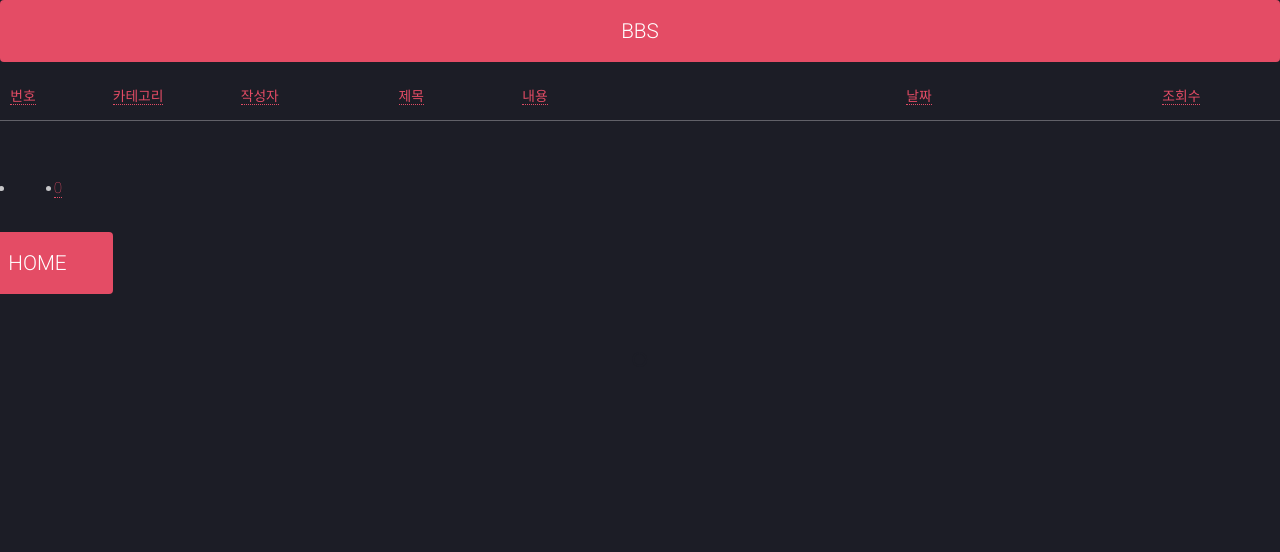
Repository: worMholEamkim/SpringEX
Page: http://localhost/bbs/bbs.do?page=0
An editor plug-in stored every save of this project. The page is shown before and after the next save, followed by the edit.
The browser window is 1280 px wide. The pictures show the whole page.
The page is served by Tomcat 9. Other server files are loaded and not shown. Queries for data that is not in the repository find no rows.

Above is the page before, as saved 2019-03-15 04:12:26.

### JSP_WepPage_Server-master.zip_expanded/JSP_WepPage_Server-master/bbs/WebContent/WEB-INF/bbs.jsp
<%@ page language="java" contentType="text/html; charset=UTF-8"
    pageEncoding="UTF-8"%>
<%@ taglib prefix="c" uri="http://java.sun.com/jsp/jstl/core"%>
<!DOCTYPE HTML>
<html>
	<head>
		<title>BBS</title>
		<meta charset="utf-8" />
		<meta name="viewport" content="width=device-width, initial-scale=1, user-scalable=no" />
		<link rel="stylesheet" href="assets/css/main.css" />
	</head>
		<body class="is-preload landing">
						<!-- Table -->
							<section>
							<div align="center">
								<h3 align="center" class="button primary fit">BBS</h3>
								</div>
								<div class="table-wrapper">
									<table>
										<thead>
											<tr>
												<th width="8%" align="center">
													<a href='bbs.do?id=BBSID'>번호</a></th>
												<th width="10%" align="center">
													<a href='bbs.do?id=BBSCATEGORY'>카테고리</a></th>
												<th align="center">
													<a href='bbs.do?id=ID'>작성자</a></th>
												<th align="center">
													<a href='bbs.do?id=BBSTITLE'>제목</a></th>
												<th width="30%" align="center">
													<a href='bbs.do?id=BBSCONTENT'>내용</a></th>
												<th width="20%" align="center">
													<a href='bbs.do?id=BBSDATE'>날짜</a></th>
												<th width="10%" align="center">
													<a href='bbs.do?id=BBSHIT'>조회수</a></th>

											</tr>
										</thead>
										<tbody>
											<c:forEach var="bbs" items="${list}" >
												<td align="center"><a href='bbsview.do?id=${bbs.bbsId}'>${bbs.bbsId}</a></td>
												<td align="right"><c:choose>
													<c:when test="${bbs.bbsCategory=='math'}">수학</c:when>
													<c:when test="${bbs.bbsCategory=='enjoy'}">여행</c:when>
													<c:when test="${bbs.bbsCategory=='pic'}">사진</c:when>
													<c:when test="${bbs.bbsCategory=='java'}">java</c:when>
													<c:when test="${bbs.bbsCategory=='web'}">웹프로그래밍</c:when>
													<c:when test="${bbs.bbsCategory=='estate'}">부동산</c:when>
													<c:when test="${bbs.bbsCategory=='food'}">음식</c:when>
													<c:when test="${bbs.bbsCategory=='common'}">상식</c:when>

													</c:choose></td>
												<td align="right">${bbs.id}</td>
												<td align="right"><a href='bbsview.do?id=${bbs.bbsId}'>
														<b>${bbs.bbsTitle}</b> </a></td>
												<td align="right"><a href='bbsview.do?id=${bbs.bbsId}'>
														<b>${bbs.bbsContent} </b></a></td>
												<td align="right">${bbs.bbsDate}</td>
												<td align="right">${bbs.bbsHit}</td>
												</tr>
											</c:forEach>
										</tbody>

										<tfoot>
											<tr>
												<td colspan="2"></td>
											</tr>
										</tfoot>
									</table>
									<ul class="row">
										<li class="previous">
											<c:if test='${startPage>1}'>
												<!--  test 뒷부분에 조건을 단다  -->
												<a href='bbs.do?page=${startPage-10}'>이전</a>
											</c:if>
										</li>
										<li>
											<c:forEach begin="${startPage}" end="${endPage}" var="p">
												<a href='bbs.do?page=${p}'  class="butten small">${p}</a>
											</c:forEach>
										</li>
										<li class="next">
											<c:if test='${hasNext==true}'>
												<a href='bbs.do?page=${startPage+10}'>다음</a>
											</c:if>
										</li>
									</ul>
								</div>
								<div class="row">
								<c:if test='${sessionID!=null}'>
									<div>
										<a href='bbsupload2.do' class="button primary large">WRITE</a>
									</div>
								</c:if>
									<a href='home.do'  class="button primary large">HOME</a>
									</div>
								<div align="center">

									<c:if test='${resultBbs >= 1}'>
										<div class="w3-panel">
											<button class="w3-button w3-black" width="10%">
												글쓰기 성공
											</button>
										</div>
									</c:if>
									<c:if test='${resultBbs < 1}'>
										<div class="w3-panel">
											<button class="w3-button w3-red" width="10%">
											 글쓰기 실패
											</button>
										</div>
									</c:if>

									<c:if test='${deleteResult >= 1}'>
										<div class="w3-panel">
											<button class="w3-button w3-black" width="10%">
												글삭제 성공
											</button>
										</div>
									</c:if>
									<c:if test='${deleteResult < 1}'>
										<div class="w3-panel">
											<button class="w3-button w3-red" width="10%">
											 글삭제 실패
											</button>
										</div>
									</c:if>

										<c:if test='${updateBbsResult >= 1}'>
										<div class="w3-panel">
											<button class="w3-button w3-black" width="10%">
												글수정 성공
											</button>
										</div>
									</c:if>
									<c:if test='${updateBbsResult < 1}'>
										<div class="w3-panel">
											<button class="w3-button w3-red" width="10%">
											 글수정 실패
											</button>
										</div>
									</c:if>
								</div>

							</section>








		<!-- Scripts -->
			<script src="assets/js/jquery.min.js"></script>
			<script src="assets/js/jquery.scrolly.min.js"></script>
			<script src="assets/js/jquery.dropotron.min.js"></script>
			<script src="assets/js/jquery.scrollex.min.js"></script>
			<script src="assets/js/browser.min.js"></script>
			<script src="assets/js/breakpoints.min.js"></script>
			<script src="assets/js/util.js"></script>
			<script src="assets/js/main.js"></script>


	</body>
</html>

### JSP_WepPage_Server-master.zip_expanded/JSP_WepPage_Server-master/bbs/src/com/jsp/controller/BbsController.java
package com.jsp.controller;

import java.io.IOException;
import java.util.List;

import javax.servlet.RequestDispatcher;
import javax.servlet.ServletException;
import javax.servlet.http.HttpServlet;
import javax.servlet.http.HttpServletRequest;
import javax.servlet.http.HttpServletResponse;

import com.jsp.dao.BbsDao;
import com.jsp.dto.BbsDto;

public class BbsController extends HttpServlet {

	@Override
	protected void doGet(HttpServletRequest req, HttpServletResponse resp) throws ServletException, IOException {
		process(req, resp);
	}

	@Override
	protected void doPost(HttpServletRequest req, HttpServletResponse resp) throws ServletException, IOException {
		process(req, resp);
	}
	private void process(HttpServletRequest req, HttpServletResponse resp) throws ServletException, IOException {

		String page = req.getParameter("page");
		String bbsColum = req.getParameter("id");

		if(bbsColum==null || bbsColum.trim().contentEquals("")) {
			bbsColum="BBSID";
		}
		if(page==null || page.trim().contentEquals("")) {
			page="1";
		}
		int nowPage = Integer.parseInt(page);

		int startNum = 0;

		int endNum = 0;

		int perpage = 20;

		endNum = 0;
		startNum = endNum - 19;

		BbsDao bbsDao = BbsDao.getInstance();
		List<BbsDto> list = bbsDao.selectAll(startNum, perpage);

		req.setAttribute("list", list);


		RequestDispatcher rd = req.getRequestDispatcher(
				"/WEB-INF/bbs.jsp");
		rd.forward(req, resp);
	}
}

### JSP_WepPage_Server-master.zip_expanded/JSP_WepPage_Server-master/bbs/src/com/jsp/dao/BbsDao.java
package com.jsp.dao;

import java.sql.Connection;
import java.sql.DriverManager;
import java.sql.PreparedStatement;
import java.sql.ResultSet;
import java.sql.SQLException;
import java.util.ArrayList;
import java.util.List;

import com.jsp.dto.BbsDto;

public class BbsDao {

	private static BbsDao bbsDao;
	private Connection conn;
	private PreparedStatement pstmt;
	private int result;
	private ResultSet rs;
	private List<BbsDto> bbsList;


	private BbsDao() {
	}



	public static synchronized BbsDao getInstance() {
		if(bbsDao == null) {
			bbsDao = new BbsDao();
	}
		return bbsDao;
	}
	public Connection getConnect() {
		String url = "jdbc:oracle:thin:@localhost:1521:xe";
		String id = "BIG";
		String pw ="1234";
		try {
			Class.forName("core.log.jdbc.driver.OracleDriver");
			conn = DriverManager.getConnection(url, id, pw);

		} catch(ClassNotFoundException e) {
			e.printStackTrace();
		} catch(SQLException e) {
			e.printStackTrace();
		}
		return conn;
	}

	public BbsDto selectById(String id) {

		// id 확인
		//System.out.println("dao에서 id = " + id);
		BbsDto bbsDto = new BbsDto();
		//System.out.println("왜");
		conn = this.getConnect();
		//System.out.println("에러가난거야 쉬뱌ㅠㅠ");

		StringBuffer query = new StringBuffer();
		query.append("SELECT *");
		query.append(" FROM BBS");
		query.append(" WHERE BBSID=? ");

		try {
			//System.out.println("양심적으로 try문은 들어가야지?");
			pstmt = conn.prepareStatement(query.toString());
			pstmt.setString(1, id);

			//System.out.println("설마 여긴가?");
			rs = pstmt.executeQuery();
			// rs 확인
			//System.out.println("dao에서 " + rs);
			while (rs.next()) {

				bbsDto.setId(rs.getString("ID"));
				bbsDto.setBbsId(rs.getString("BBSID"));
				bbsDto.setBbsTitle(rs.getString("BBSTITLE"));
				bbsDto.setBbsDate(rs.getString("BBSDATE"));
				bbsDto.setBbsCategory(rs.getString("BBSCATEGORY"));
				bbsDto.setBbsContent(rs.getString("BBSCONTENT"));
				bbsDto.setBbsHit(rs.getString("BBSHIT"));
				//System.out.println(bbsDto.toString());
			}
		} catch (SQLException e) {

		} finally {
			this.close(conn, pstmt, null);
		}
		return bbsDto;
	}


	public BbsDto selectBeforeById(String id) {

		BbsDto bbsDto = new BbsDto();
		conn = this.getConnect();
		StringBuffer query = new StringBuffer();

		query.append("SELECT * FROM BBS WHERE BBSID IN ");
		query.append(" ((SELECT MAX(BBSID) FROM BBS ");
		query.append(" WHERE BBSID < ? ))");
		try {
			pstmt = conn.prepareStatement(query.toString());
			pstmt.setString(1, id);
			rs = pstmt.executeQuery();

			while(rs.next()) {
				bbsDto.setId(rs.getString("ID"));
				bbsDto.setBbsId(rs.getString("BBSID"));
				bbsDto.setBbsTitle(rs.getString("BBSTITLE"));
				bbsDto.setBbsDate(rs.getString("BBSDATE"));
				bbsDto.setBbsCategory(rs.getString("BBSCATEGORY"));
				bbsDto.setBbsContent(rs.getString("BBSCONTENT"));
				bbsDto.setBbsHit(rs.getString("BBSHIT"));
			}
		} catch (SQLException e) {

		} finally {
			this.close(conn, pstmt, null);
		}
		return bbsDto;
	}


	public BbsDto selectAfterById(String id) {

		BbsDto	bbsDto = new BbsDto();
		conn = this.getConnect();
		StringBuffer query = new StringBuffer();

		query.append("SELECT * FROM BBS WHERE BBSID IN ");
		query.append(" ((SELECT MIN(BBSID) FROM BBS ");
		query.append(" WHERE BBSID > ? )) ");
		try {
			pstmt = conn.prepareStatement(query.toString());
			pstmt.setString(1, id);
			rs = pstmt.executeQuery();

			while(rs.next()) {
				bbsDto.setId(rs.getString("ID"));
				bbsDto.setBbsId(rs.getString("BBSID"));
				bbsDto.setBbsTitle(rs.getString("BBSTITLE"));
				bbsDto.setBbsDate(rs.getString("BBSDATE"));
				bbsDto.setBbsCategory(rs.getString("BBSCATEGORY"));
				bbsDto.setBbsContent(rs.getString("BBSCONTENT"));
				bbsDto.setBbsHit(rs.getString("BBSHIT"));
			}
		} catch (SQLException e) {

		} finally {
			this.close(conn, pstmt, null);
		}
		return bbsDto;
	}


	public int hitUpdate(String id) {

		conn = this.getConnect();
		StringBuffer query = new StringBuffer();
		query.append("UPDATE BBS SET BBSHIT = BBSHIT +1 WHERE BBSID=?");
			try {
				pstmt = conn.prepareStatement(query.toString());
				pstmt.setString(1, id);
				result = pstmt.executeUpdate();
			} catch(SQLException e1) {
	}
			finally {
				this.close(conn, pstmt, null);
			}
			return result;
	}

	public int hitUpdate(Connection conn, String id) {

			conn = this.getConnect();
			StringBuffer query = new StringBuffer();
			query.append("UPDATE BBS SET BBSHIT = BBSHIT +1 WHERE BBSID=?");
				try {
					pstmt = conn.prepareStatement(query.toString());
					pstmt.setString(1, id);
					result = pstmt.executeUpdate();
				} catch(SQLException e1) {
		}
				finally {
					this.close(conn, pstmt, null);
				}
				return result;
		}



	public int update(BbsDto bbsDto) {

		conn = this.getConnect();
		StringBuffer query = new StringBuffer();
		query.append("UPDATE BBS SET ");
		query.append(" BBTITLE=?, BBSCATEGORY=?, BBSCONTENT=?");
		query.append(" WHERE BBSID=?");
			try {
				pstmt = conn.prepareStatement(query.toString());
				pstmt.setString(1, bbsDto.getBbsTitle());
				pstmt.setString(2, bbsDto.getBbsCategory());
				pstmt.setString(3, bbsDto.getBbsContent());
				pstmt.setString(4, bbsDto.getBbsId());

				result = pstmt.executeUpdate();
			} catch (SQLException e1) {

			} finally {
				this.close(conn, pstmt, null);
			}
			return result;
	}


	public int insert(BbsDto bbsDto) {

		conn = this.getConnect();
		StringBuffer query = new StringBuffer();
		query.append("INSERT INTO BBS(BBSID, ID, BBSTITLE, BBSDATE, BBSCATEGORY, BBSCONTENT, BBSHIT)");
		query.append(" VALUES (bbs_seq.nextval ,? ,? ,sysdate,? ,? ,0 )");

		try {
			pstmt = conn.prepareStatement(query.toString());
			pstmt.setString(1, bbsDto.getId());
			pstmt.setString(2, bbsDto.getBbsTitle());
			pstmt.setString(3, bbsDto.getBbsCategory());
			pstmt.setString(4, bbsDto.getBbsContent());

			result = pstmt.executeUpdate();

		} catch (SQLException e) {
			e.printStackTrace();
		} finally {
			this.close(conn, pstmt, null);
		}
		return result;
	}


	public int insertOracle(BbsDto bbsDto) {

		conn = this.getConnect();
		StringBuffer query = new StringBuffer();
		query.append("INSERT INTO BBS(BBSID, ID, BBSTITLE, BBSDATE, BBSCATEGORY, BBSCONTENT, BBSHIT)");
		query.append(" VALUES(BBS_SEQ.BEXTVAL, ? ,? ,NOW(), ?, ?, 0 )");

		try {
			pstmt = conn.prepareStatement(query.toString());
			pstmt.setString(1,  bbsDto.getId());
			pstmt.setString(2,  bbsDto.getBbsTitle());
			pstmt.setString(3,  bbsDto.getBbsCategory());
			pstmt.setString(4,  bbsDto.getBbsContent());

			result = pstmt.executeUpdate();
		} catch (SQLException e) {
			e.printStackTrace();
		} finally {
			this.close(conn, pstmt, null);
		}
		return result;
	}


	public List<BbsDto> selectAll(int startNum, int perpage) {
		bbsList = new ArrayList<>();
		conn = this.getConnect();
		StringBuffer query = new StringBuffer();
		query.append("SELECT T2.*");
		query.append("	FROM (SELECT ROWNUM R2, T.*");
		query.append("	FROM (SELECT BBSID, ID, substr(BBSTITLE, 1, 10) BBSTITLE, BBSDATE,");
		query.append("BBSCATEGORY, substr(BBSCONTENT, 1, 15) BBSCONTENT, BBSHIT ");
		query.append(" FROM BBS ORDER BY BBSID DESC ) T) T2 ");
		query.append("WHERE T2.R2 BETWEEN ? AND ?");

		try {
			pstmt = conn.prepareStatement(query.toString());
			pstmt.setInt(1, startNum - 1);
			pstmt.setInt(2, perpage);


			rs = pstmt.executeQuery();
			while (rs.next()) {
				BbsDto bbsDto = new BbsDto();

				bbsDto.setId(rs.getString("ID"));
				bbsDto.setBbsId(rs.getString("BBSID"));
				bbsDto.setBbsTitle(rs.getString("BBSTITLE"));
				bbsDto.setBbsDate(rs.getString("BBSDATE"));
				bbsDto.setBbsCategory(rs.getString("BBSCATEGORY"));
				bbsDto.setBbsContent(rs.getString("BBSCONTENT"));
				bbsDto.setBbsHit(rs.getString("BBSHIT"));

				bbsList.add(bbsDto);
			}
			} catch(SQLException e) {
				e.printStackTrace();
		}	return bbsList;
}


	public int delete(int id) {

		conn = this.getConnect();
		StringBuffer query = new StringBuffer();

		try {

			query.append("DELETE FROM BBS");
			query.append(" WHERE BBSID = ?");
			pstmt = conn.prepareStatement(query.toString());
			pstmt.setInt(1,  id);
			int result = pstmt.executeUpdate();

			return result;
		} catch (SQLException e) {
			e.printStackTrace();
		} finally {
			this.close(conn, pstmt, null);
		}
		return -1;
	}



	public int getTotalCount() {

		conn = this.getConnect();
		StringBuffer query = new StringBuffer();
		query.append("SELECT count(*)");
		query.append(" FROM BBS");

		try {
			pstmt = conn.prepareStatement(query.toString());
			rs = pstmt.executeQuery();

			if(rs.next()) {
				return rs.getInt("count(*)");
			}
		} catch (SQLException e) {
			e.printStackTrace();
		} finally {
			this.close(conn, pstmt, rs);
		}
		return -1;
	}


	public void close(Connection conn, PreparedStatement stmt, ResultSet rs) {
		if (rs != null) {
			try {
				rs.close();
			} catch (SQLException e) {
			}
		}
		if (stmt != null) {
			try {
				stmt.close();
			} catch (SQLException e) {
			}
		}
		if (conn != null) {
			try {
				conn.close();
			} catch (SQLException e) {
			}
		}
	}

	public static void main(String[] args) {
		BbsDao mDao = BbsDao.getInstance();
	}


}

Loaded but not shown: JSP_WepPage_Server-master.zip_expanded/JSP_WepPage_Server-master/bbs/WebContent/assets/js/jquery.min.js (library); JSP_WepPage_Server-master.zip_expanded/JSP_WepPage_Server-master/bbs/WebContent/assets/js/jquery.scrolly.min.js (common file); JSP_WepPage_Server-master.zip_expanded/JSP_WepPage_Server-master/bbs/WebContent/assets/js/jquery.dropotron.min.js (library); JSP_WepPage_Server-master.zip_expanded/JSP_WepPage_Server-master/bbs/WebContent/assets/js/jquery.scrollex.min.js (common file); JSP_WepPage_Server-master.zip_expanded/JSP_WepPage_Server-master/bbs/WebContent/assets/js/browser.min.js (common file); JSP_WepPage_Server-master.zip_expanded/JSP_WepPage_Server-master/bbs/WebContent/assets/js/breakpoints.min.js (common file); JSP_WepPage_Server-master.zip_expanded/JSP_WepPage_Server-master/bbs/WebContent/assets/css/font-awesome.min.css (library); JSP_WepPage_Server-master.zip_expanded/JSP_WepPage_Server-master/bbs/WebContent/assets/js/util.js (587 lines, source omitted); JSP_WepPage_Server-master.zip_expanded/JSP_WepPage_Server-master/bbs/WebContent/assets/js/main.js (250 lines, source omitted); JSP_WepPage_Server-master.zip_expanded/JSP_WepPage_Server-master/bbs/WebContent/assets/css/main.css (4070 lines, source omitted)

After the next save:
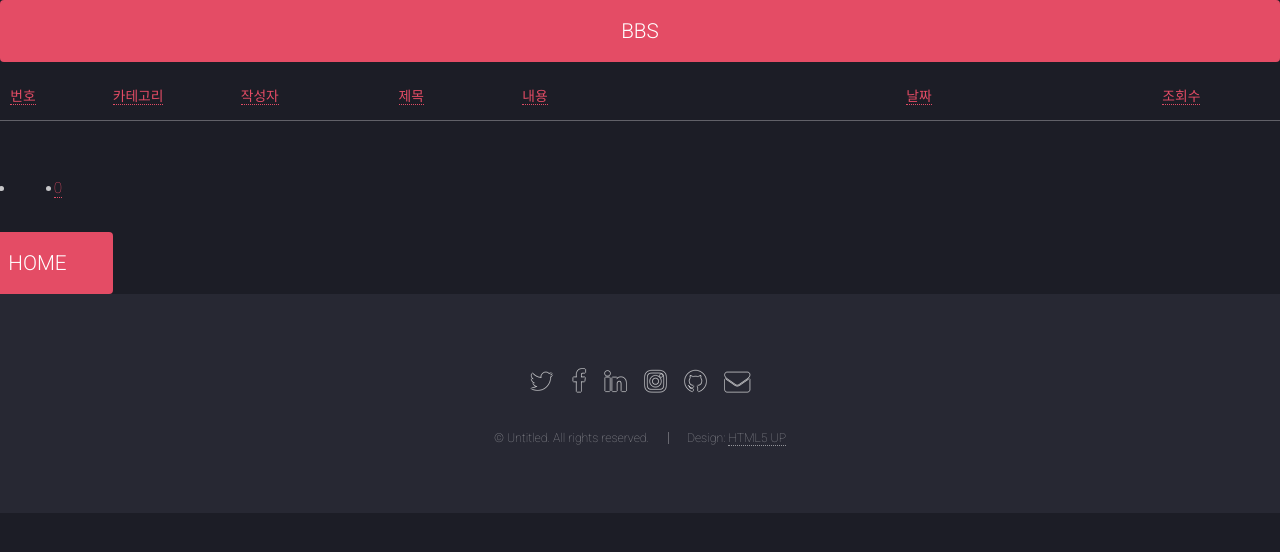
Saved 66 s later.
--- a/JSP_WepPage_Server-master.zip_expanded/JSP_WepPage_Server-master/bbs/WebContent/WEB-INF/bbs.jsp
+++ b/JSP_WepPage_Server-master.zip_expanded/JSP_WepPage_Server-master/bbs/WebContent/WEB-INF/bbs.jsp
@@ -160,6 +160,19 @@
 			<script src="assets/js/breakpoints.min.js"></script>
 			<script src="assets/js/util.js"></script>
 			<script src="assets/js/main.js"></script>
+				<footer id="footer">
+					<ul class="icons">
+						<li><a href="#" class="icon alt fa-twitter"><span class="label">Twitter</span></a></li>
+						<li><a href="#" class="icon alt fa-facebook"><span class="label">Facebook</span></a></li>
+						<li><a href="#" class="icon alt fa-linkedin"><span class="label">LinkedIn</span></a></li>
+						<li><a href="#" class="icon alt fa-instagram"><span class="label">Instagram</span></a></li>
+						<li><a href="#" class="icon alt fa-github"><span class="label">GitHub</span></a></li>
+						<li><a href="#" class="icon alt fa-envelope"><span class="label">Email</span></a></li>
+					</ul>
+					<ul class="copyright">
+						<li>&copy; Untitled. All rights reserved.</li><li>Design: <a href="http://html5up.net">HTML5 UP</a></li>
+					</ul>
+				</footer>
 
 
 	</body>
